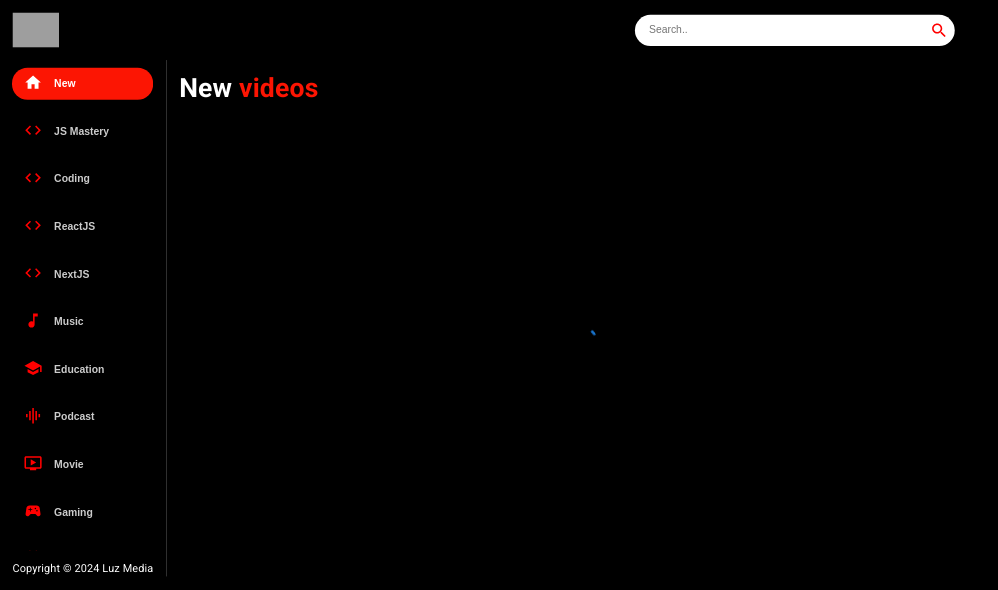
Repository: Arteinsana7/youtube_clone
Page: /
An editor plug-in stored every save of this project. The page is shown before and after the next save, followed by the edit.
The browser window is 1280 px wide. The pictures show the whole page, at 78% of full size.
Pictures or frames that could not be fetched are drawn as grey boxes. The page's requests for data from a server got no answer. An inner scrolling area shows only its first screen. The project was rebuilt for these pictures with package versions that can differ from the ones it lists, and the page was loaded fresh each time. No one was signed in, and anything a server would have sent is missing. Also part of the build but not shown: src/components/ChannelDetail.jsx, src/components/SearchFeed.jsx, src/components/VideoDetail.jsx, src/components/VideoCard.jsx, src/components/ChannelCard.jsx.

Above is the page before, as saved 2024-07-05 00:39:29.

After the next save:
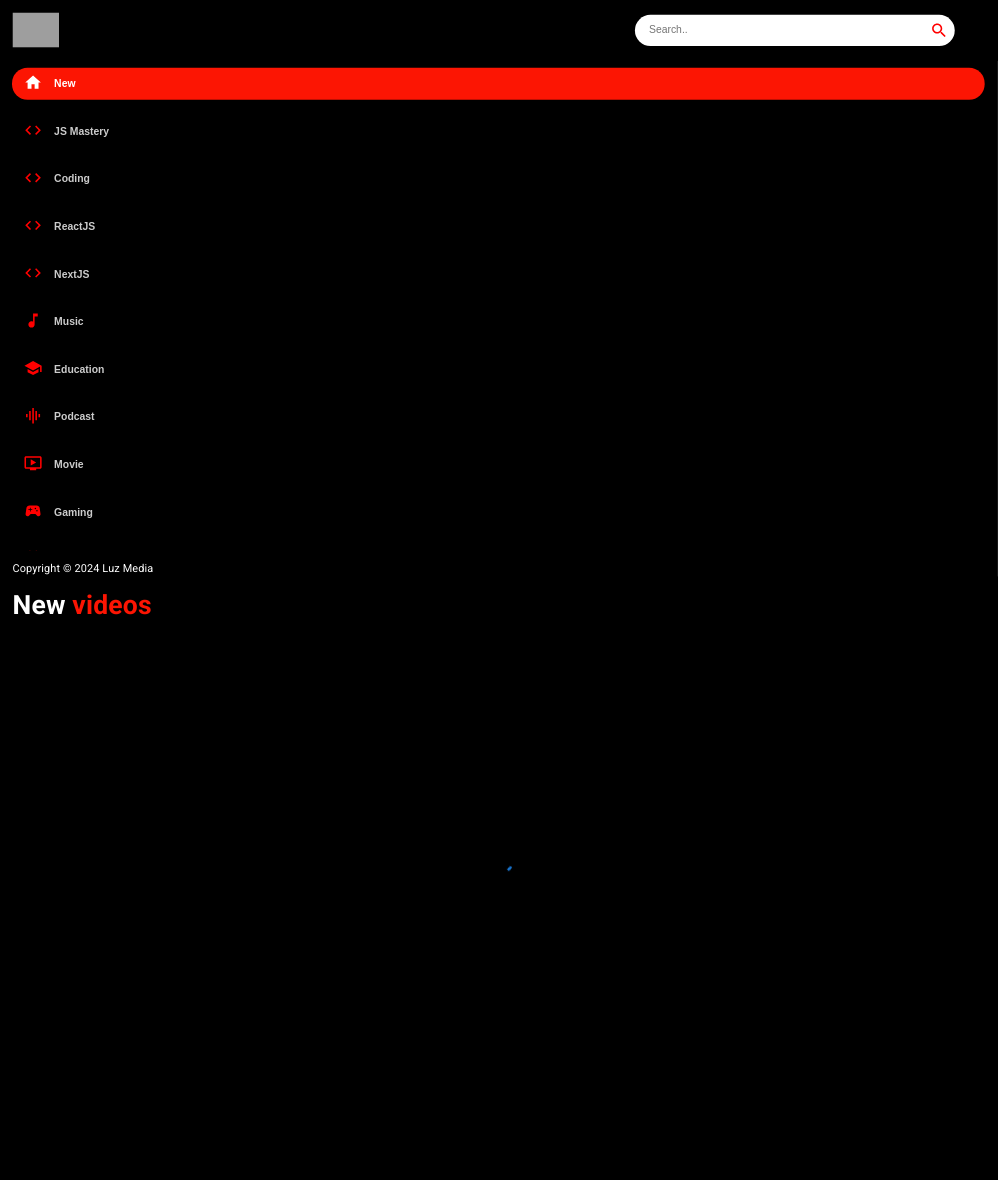
Saved 29 s later.
--- a/src/components/Feed.jsx
+++ b/src/components/Feed.jsx
@@ -16,7 +16,7 @@
     }, [selectedCategory]);
 
   return (
-    <Stack sx={{ flexDirection: { sx: "column", md: "row" } }}>
+    <Stack sx={{ flexDirection: { sx: "column", md: "flex-start" } }}>
       <Box sx={{ height: { sx: "auto", md: "92vh" }, borderRight: "1px solid #3d3d3d", px: { sx: 0, md: 2 } }}>
         <SideBar selectedCategory={selectedCategory} setSelectedCategory={setSelectedCategory} />
 

After the save that followed:
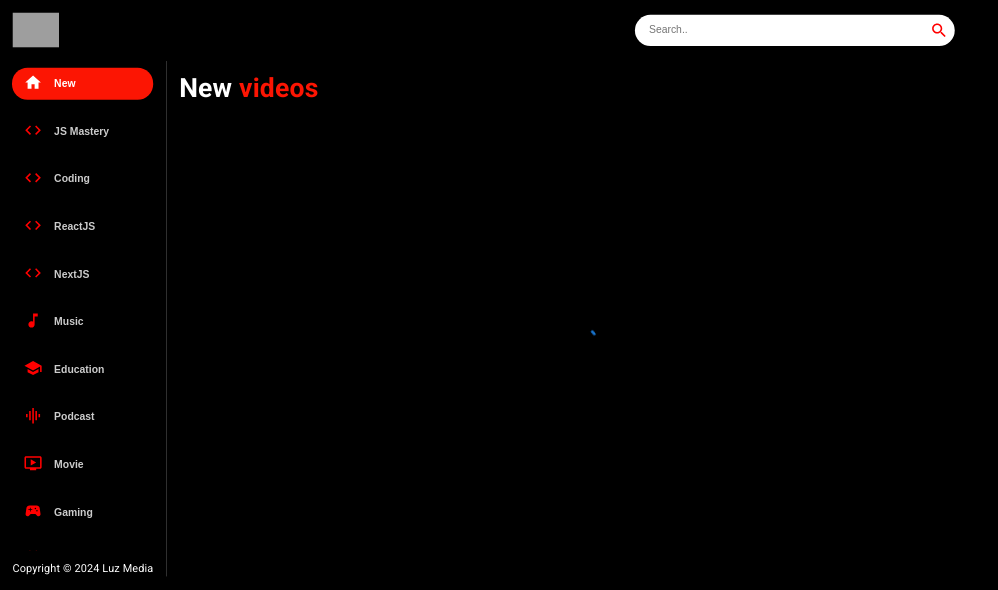
Saved 20 s later.
--- a/src/components/Feed.jsx
+++ b/src/components/Feed.jsx
@@ -16,7 +16,7 @@
     }, [selectedCategory]);
 
   return (
-    <Stack sx={{ flexDirection: { sx: "column", md: "flex-start" } }}>
+    <Stack sx={{ flexDirection: { sx: "column", md: "row" } }}>
       <Box sx={{ height: { sx: "auto", md: "92vh" }, borderRight: "1px solid #3d3d3d", px: { sx: 0, md: 2 } }}>
         <SideBar selectedCategory={selectedCategory} setSelectedCategory={setSelectedCategory} />
 
